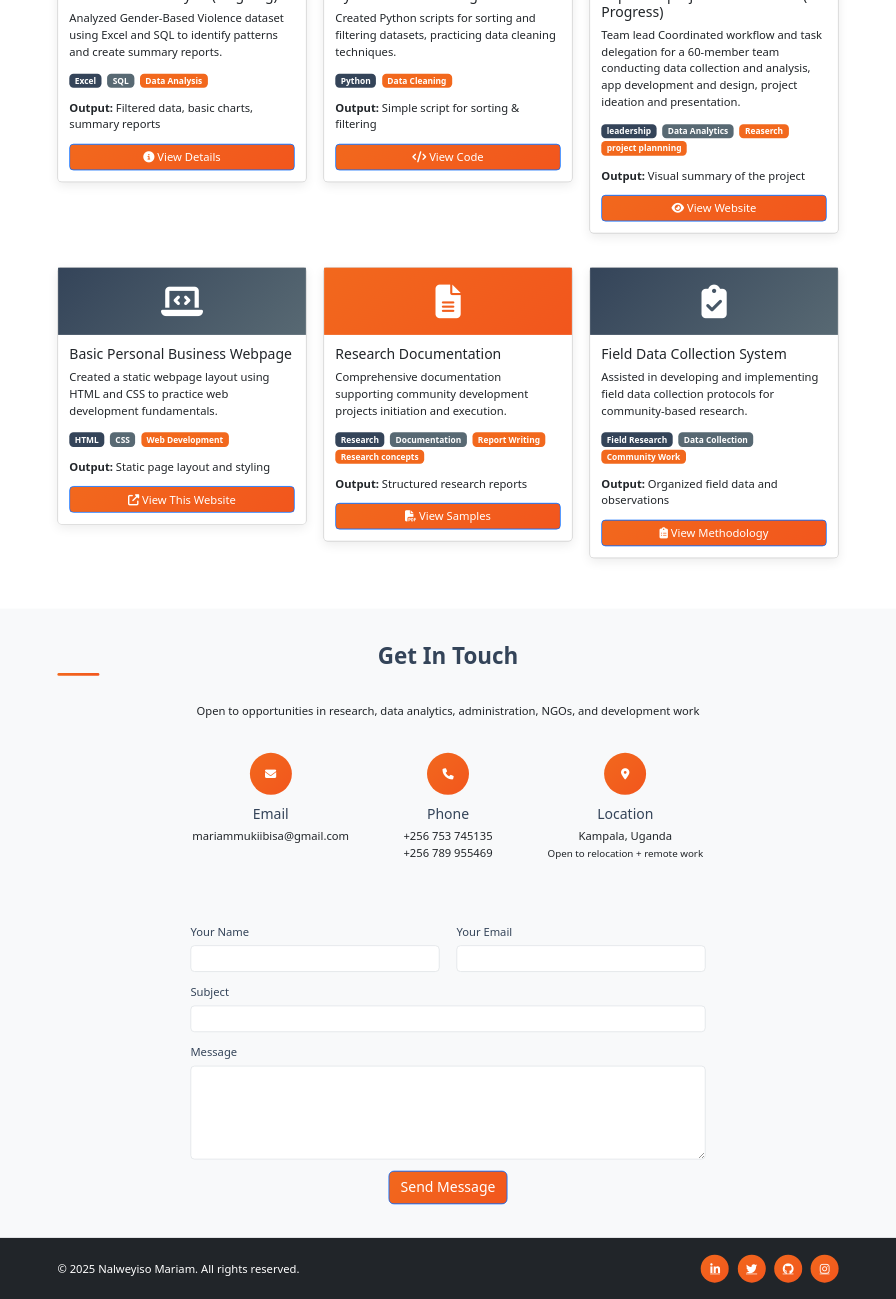
Repository: NalweMari/My-Personal-Portfolio
Page: index.html
These files come from the project's save history. The page is drawn as it stood at one moment and after a run of saves; the edit follows.
The browser window is 1280 px wide. The pictures show the part of the page from y = 1779 to 3699 px (the page is 3635 px tall before and 3699 px after), at 70% of full size.
A picture or video elsewhere on the page could not be fetched, so the positions and the page height are approximate.

Above is the page before, as saved 2025-12-04 03:19:58.
Console error (its wording comes from the project's code and is left out).

After the next 2 saves:
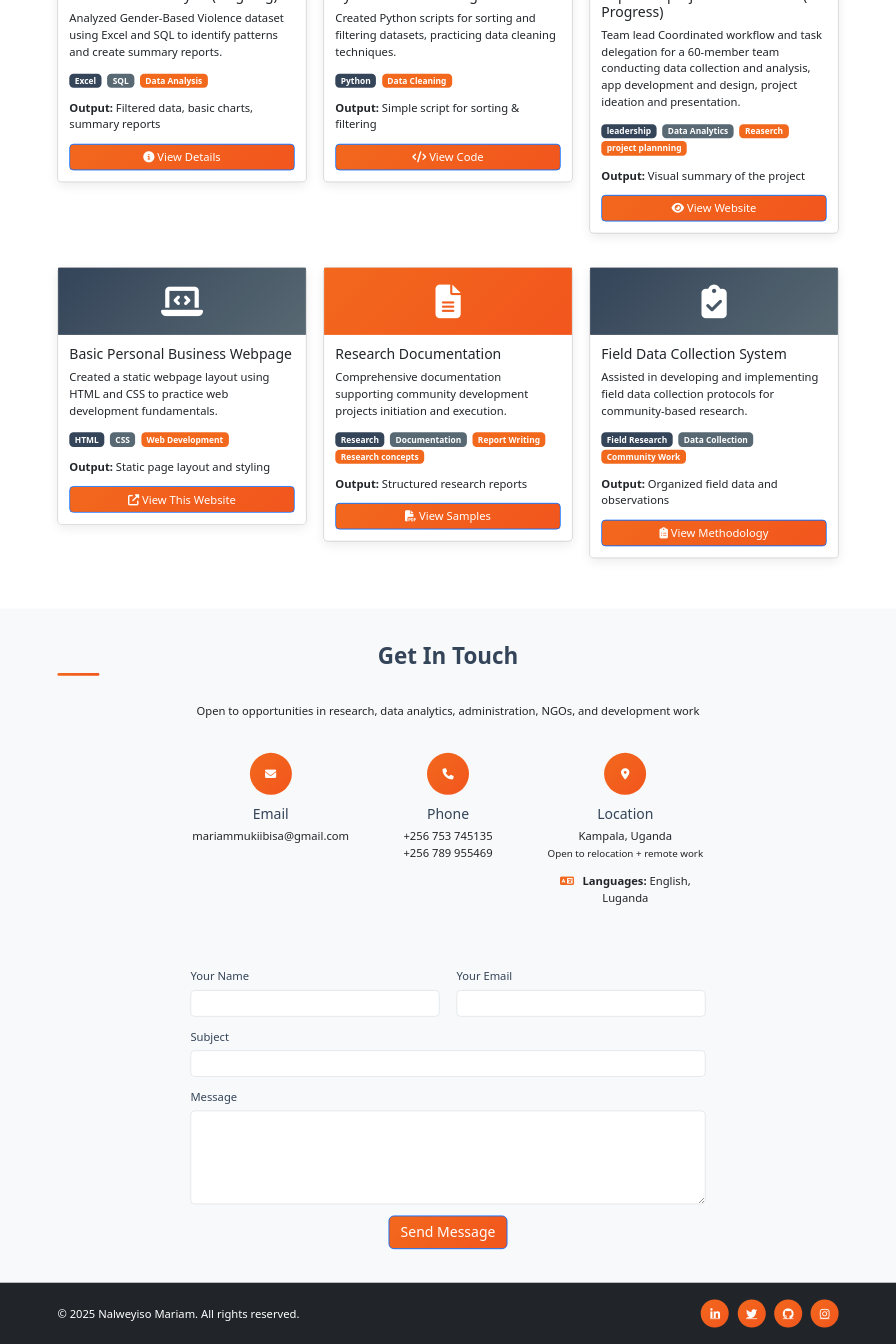
The 2 saves are shown as one change because they came seconds apart.
The last was saved 77 s later.
--- a/index.html
+++ b/index.html
@@ -358,6 +358,7 @@
                             </div>
                             <h5 style="color: var(--primary-color);">Location</h5>
                             <p>Kampala, Uganda<br><small>Open to relocation + remote work</small></p>
+                            <p><i class="fas fa-language me-2" style="color: var(--accent-1);"></i> <strong>Languages:</strong> English, Luganda</p>
                         </div>
                     </div>
 

After the 4 saves that followed:
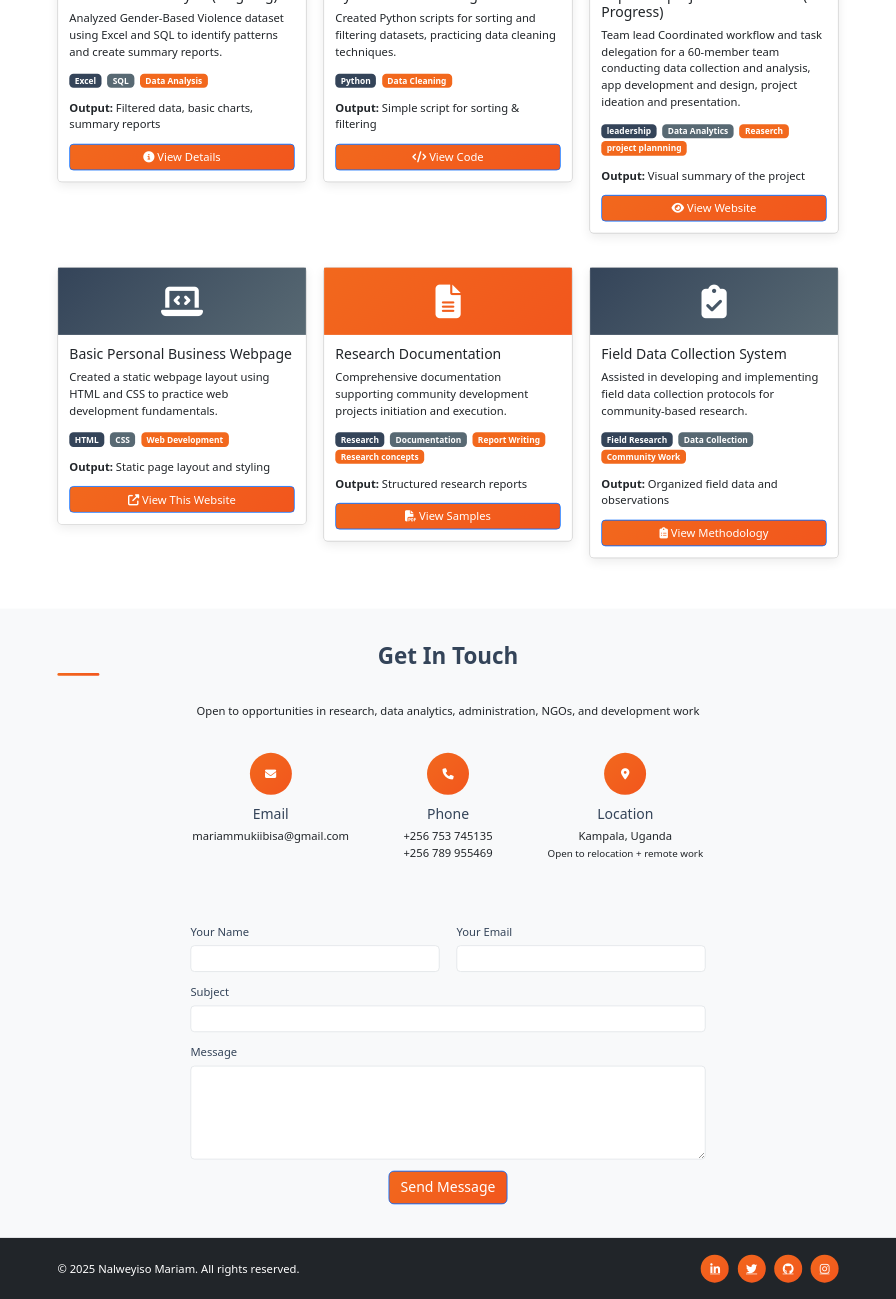
The 4 saves are shown as one change because 1 left the picture as it was and some came seconds apart.
The last was saved 47 s later.
--- a/index.html
+++ b/index.html
@@ -358,7 +358,6 @@
                             </div>
                             <h5 style="color: var(--primary-color);">Location</h5>
                             <p>Kampala, Uganda<br><small>Open to relocation + remote work</small></p>
-                            <p><i class="fas fa-language me-2" style="color: var(--accent-1);"></i> <strong>Languages:</strong> English, Luganda</p>
                         </div>
                     </div>
 
